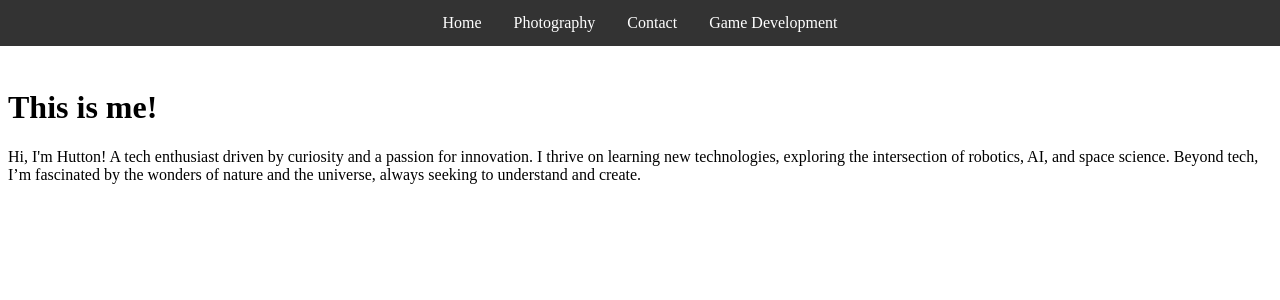
Repository: Argivist/ArgPortfolio
Page: index.html
These files come from the project's save history. The page is drawn as it stood at one moment and after the next save; the edit follows.
The browser window is 1280 px wide. The pictures show the whole page.

Above is the page before, as saved 2025-03-28 15:09:44.

After the next save:
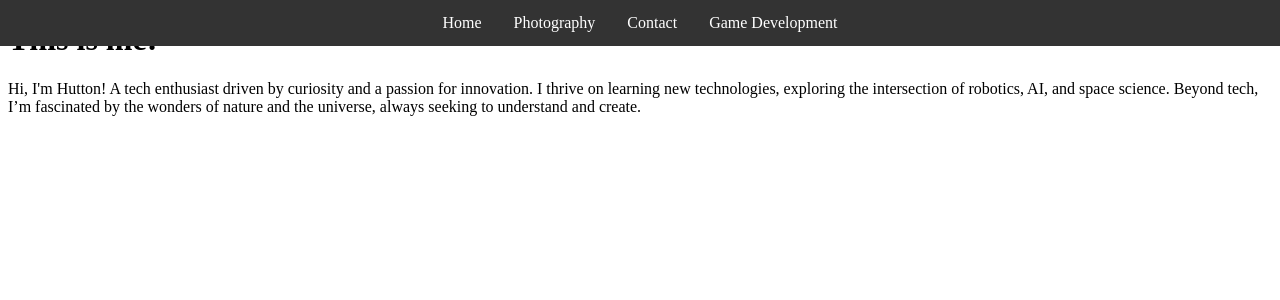
Saved 41 s later.
--- a/index.html
+++ b/index.html
@@ -36,14 +36,14 @@
         </ul>
     </nav>
     <div class="padding">
+        <div>
+            <h1>This is me!</h1>
+            <p class="desc">
+                Hi, I'm Hutton! A tech enthusiast driven by curiosity and a passion for innovation. I thrive on learning new technologies, exploring the intersection of robotics, AI, and space science. Beyond tech, I’m fascinated by the wonders of nature and the universe, always seeking to understand and create.
+            </p>
+        </div>
+    </div>
 
-    </div>
-    <div>
-        <h1>This is me!</h1>
-        <p class="desc">
-            Hi, I'm Hutton! A tech enthusiast driven by curiosity and a passion for innovation. I thrive on learning new technologies, exploring the intersection of robotics, AI, and space science. Beyond tech, I’m fascinated by the wonders of nature and the universe, always seeking to understand and create.
-        </p>
-    </div>
 
 </body>
 
